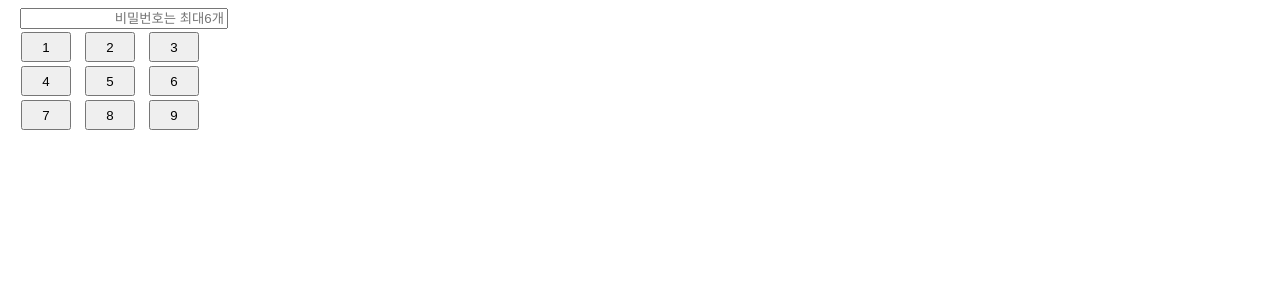
Repository: JungYOsup/Mini_project
Page: http://localhost/EsCape_Room/result_form.jsp
These files come from the project's save history. The page is drawn as it stood at one moment and after the next save; the edit follows.
The browser window is 1280 px wide. The pictures show the whole page.
The page is served by Tomcat 9.

Above is the page before, as saved 2018-01-15 09:01:59.

After the next save:
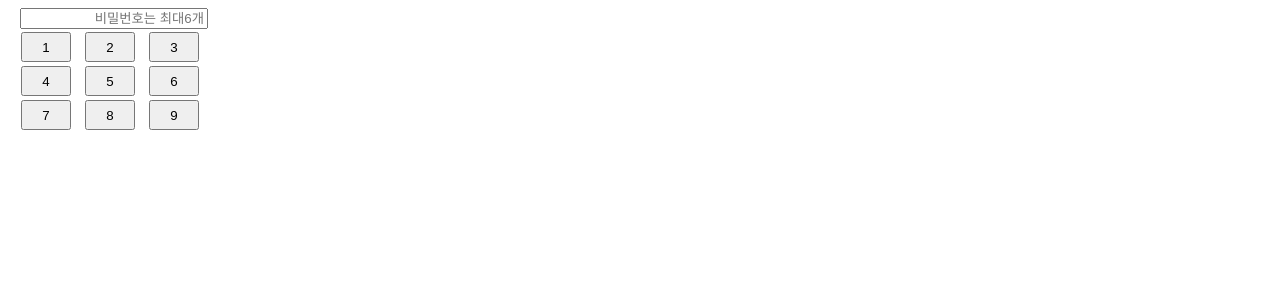
Saved 18 s later.
--- a/EsCape_Room/WebContent/result_form.jsp
+++ b/EsCape_Room/WebContent/result_form.jsp
@@ -29,7 +29,7 @@ table input{
 }
 #input{
 	margin-left:12px;
-	width: 200px;
+	width: 180px;
 	text-align: right;
 }
 
